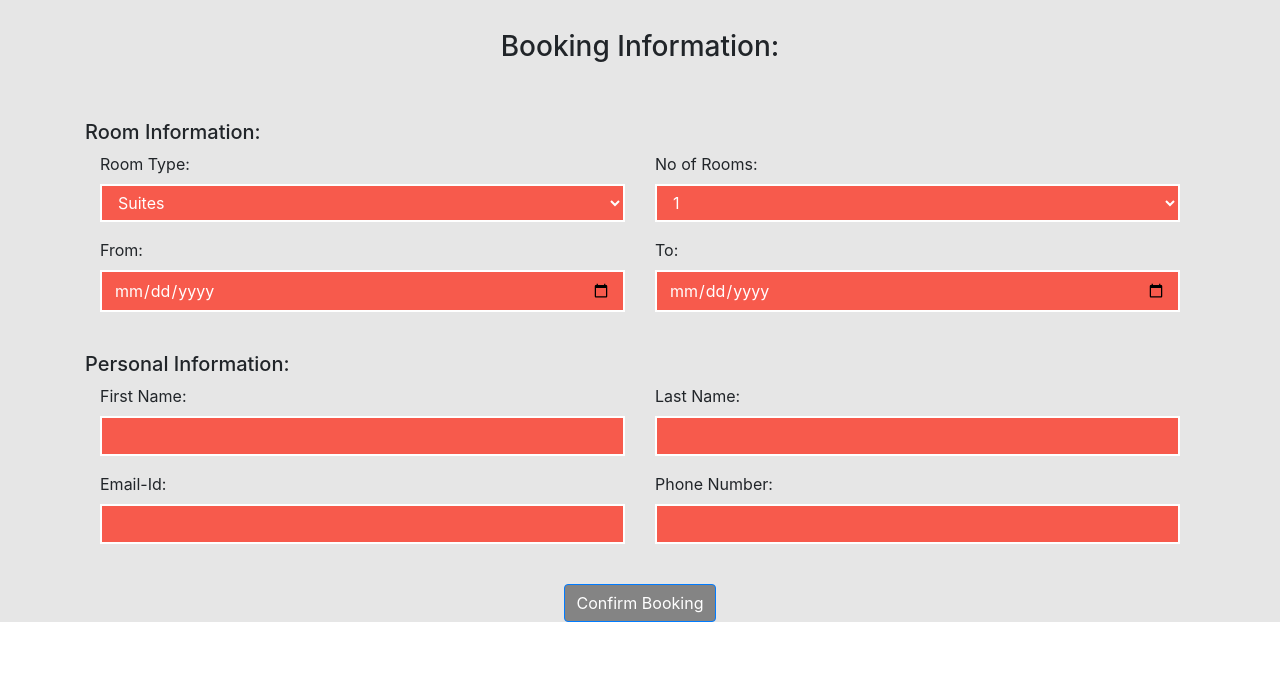
Repository: kapsky5/HotelManagement
Page: booking.html
An editor plug-in stored every save of this project. The page is shown before and after the next save, followed by the edit.
The browser window is 1280 px wide. The pictures show the whole page.

Above is the page before, as saved 2019-11-07 03:52:47.

### booking.html
<!DOCTYPE html>
<html lang="en">
<head>
    <meta charset="UTF-8">
    <meta name="viewport" content="width=device-width, initial-scale=1.0">
    <meta http-equiv="X-UA-Compatible" content="ie=edge">
    <title>RADISSON BLU</title>
    <link rel="stylesheet" href="css/main.css">
    <link rel="stylesheet" href="https://maxcdn.bootstrapcdn.com/bootstrap/4.0.0/css/bootstrap.min.css" integrity="sha384-Gn5384xqQ1aoWXA+058RXPxPg6fy4IWvTNh0E263XmFcJlSAwiGgFAW/dAiS6JXm" crossorigin="anonymous">
</head>
<body>
    <div class="containerz">
        <div class="container">
            <div class="header" style="padding-top: 30px;">
                <div class="text-center">
                    <h3>Booking Information:</h3>
                </div>
            </div>
            <br>
            <br>
            <form action="" method="POST">
                <h5>Room Information:</h5>
                <div class="row">
                    <div class="col-md-6">
                        <div class="form-group">
                            <label>Room Type:</label>
                            <select class="form-control" placeholder="Select-Room">
                                <option>Suites</option>
                                <option>Deluxe Rooms</option>
                                <option>King Rooms</option>
                                <option>Single</option>
                            </select>
                        </div>
                    </div>
                    <div class="col-md-6">
                        <div class="form-group">
                            <label>No of Rooms:</label>
                            <select class="form-control">
                                <option>1</option>
                                <option>2</option>
                                <option>3</option>
                                <option>4</option>
                            </select>
                        </div>
                    </div>
                    <div class="col-md-6">
                        <div class="form-group">
                            <label>From:</label>
                            <input class="form-control" type="date">
                        </div>
                    </div>
                    <div class="col-md-6">
                        <div class="form-group">
                            <label>To:</label>
                            <input class="form-control" type="date">
                        </div>
                    </div>
                </div>
                <br>
                <h5>Personal Information:</h5>
                <div class="row">
                    <div class="col-md-6">
                        <div class="form-group">
                            <label>First Name:</label>
                            <input class="form-control">
                        </div>
                    </div>
                    <div class="col-md-6">
                        <div class="form-group">
                            <label>Last Name:</label>
                            <input class="form-control">
                        </div>
                    </div>
                    <div class="col-md-6">
                        <div class="form-group">
                            <label>Email-Id:</label>
                            <input class="form-control" type="email">
                        </div>
                    </div>
                    <div class="col-md-6">
                        <div class="form-group">
                            <label>Phone Number:</label>
                            <input class="form-control">
                        </div>
                    </div>
                </div>
                <br>
                <div class="text-center">
                    <button class="btn btn-primary" type="submit" style="background-color: #848484;">Confirm Booking</button>
                </div>
            </form>
        </div>
    </div>
</body>
</html>

### css/main.css
.fixed-top{
    position: absolute !important;
}
.carousel-item{
    height: 100vh;
    min-height: 300px;
    background: no-repeat center center scroll;
    -webkit-baackground-size: cover;
    background-size: cover;
    position: absolute;
}
.carousel-caption {
    top: 40% !important;
}
.carousel-caption h5{
    color: #ffffff;
    text-transform: uppercase;
    font-size: 35px;
    letter-spacing: 2px;
    margin-top:25px;
}
.navbar-light .nav-link{
    text-transform: uppercase;
    color: #ffffff !important;
    font-size: 15px;
    margin-left: 20px;
}
.navbar-light .navbar-brand{
    color: #ffffff !important;
    font-size: 30px;
    letter-spacing: 1px;
}
.nav-link:active, .nav-link:hover {
    color: #F75A4C !important;
}
.carousel-caption .btn {
    margin: 40px 20px;
    padding: 15px 30px;
    border-radius: 40px;
    background: #F75A4C;
    border: none;
    text-transform: uppercase;
    font-size: 18px;
}
.carousel-caption .btn:hover{
    background: #454244;
}
.fac{
    margin: 0 auto;
    font-size: 25px;
    letter-spacing: 1px;
}
.tabx h6{
    font-weight: 600 !important;
}
.nav-item.nav-link{
    color: rgb(192, 192, 192);
}
.nav-item.nav-link.active{
    color: #F75A4C !important;
    background-color: #ffffff !important;
}
#tabs .nav > a{
    border-radius: 0px;
    padding: 40px 1rem;
    border-bottom: 1px solid rgb(192, 192, 192);
}
#tabs .nav > a.active{
    border-bottom: 1px solid #F75A4C;
}
.containerx{
    padding: 40px;
}
.containerx p{
    font-size: 18px;
    line-height: 1.8;
    color: #848484;
}
.tabImg{
    max-width: 100%;
    height: 550px;
}
.heading{
    color: #F75A4C;
    text-transform: uppercase;
    margin-bottom: 20px;
}
.sub-heading{
    margin-top: 20px;
    font-size: 16px;
    color: rgb(192, 192, 192);
}
.foot{
    margin-top: 50px;
    background-color: #E6E6E6;
}
.rowinfoot{
    padding: 30px 0px;
}
.foo-head{
    font-size: 20px;
    color: #F75A4C;
    margin: 20px 0;
}
.foo-text{
    font-size: 16px;
    line-height: 1.5;
}
.foo-text li a{
    color: black;
    text-decoration: none;
}
.copyright {
    color: white;
    background: #554f53;
    justify-content: center;
}
.copyright p{
    margin-bottom: 0;
}
.image{
    width: 100%;
    height: 50vh;
}
.containerz{
    background-color: #E6E6E6;
}
.heading1{
    text-transform: uppercase;
    font-size: 24px;
    letter-spacing: 1px;
}
.room-img{
    width: 100%;
    height: 415px;
}
.card{
    border-radius: 0px !important;
}
.card-body{
    padding: 0px !important;
}
.head-room{
    color: #F75A4C;
    font-size: 22px;
    text-transform: uppercase;
    letter-spacing: 1px;
}
.card-body.row.col-md-5, .card-body.row.col-md-7, .card-body.row.col-md-6, .card-body.row.col-md-3{
    padding: 0px !important;
}

.containerz .imgx, .containerz .imgx{
    padding: 0px !important;
}
.dpt, .dpts{
    padding: 40px 50px !important;
}
.dpt p{
    font-size: 18px;
    line-height: 1.8;
    color: #848484;
}
.dpts p{
    font-size: 16px;
    line-height: 1.5;
    color: #848484;
}
.row{
    margin: 0px !important;
}
.card .btn{
    padding: 10px 30px;
    border-radius: 0px;
    background: #F75A4C;
    border: none;
    text-transform: uppercase;
    font-size: 18px;
}
.avail{
    color: white;
    margin-top: 40px !important;
    background-color: #F75A4C;
    padding: auto auto;
}
.form-control{
    background-color: #F75A4C !important;
    color: white !important;
    border-radius: 0 !important;
    border: 2px solid white !important;
}
input[type=date]::-webkit-inner-spin-button {
    -webkit-appearance: none;
    display: none;
}
.result .btn{
    margin: 10px 20px;
    padding: 15px 30px;
    border-radius: 40px;
    background: #F75A4C;
    border: none;
    text-transform: uppercase;
    font-size: 18px;
}

After the next save:
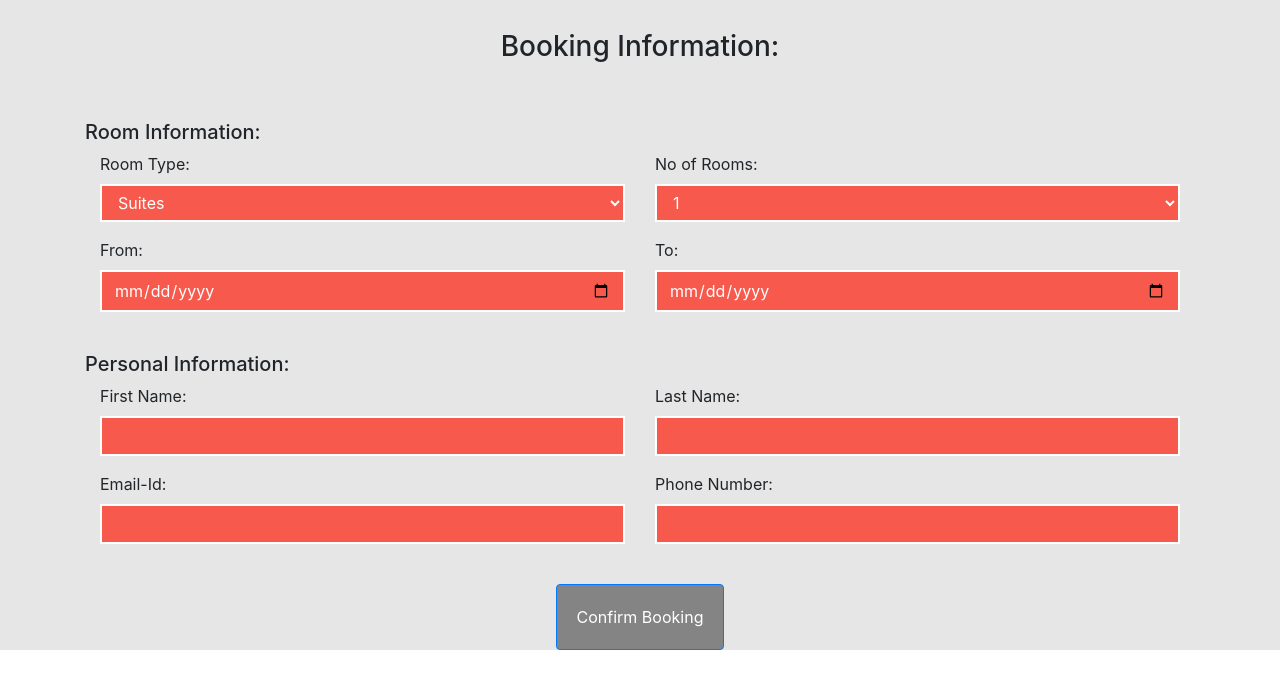
Saved 10 s later.
--- a/booking.html
+++ b/booking.html
@@ -86,7 +86,7 @@
                 </div>
                 <br>
                 <div class="text-center">
-                    <button class="btn btn-primary" type="submit" style="background-color: #848484;">Confirm Booking</button>
+                    <button class="btn btn-primary" type="submit" style="background-color: #848484; padding: 20px;">Confirm Booking</button>
                 </div>
             </form>
         </div>
